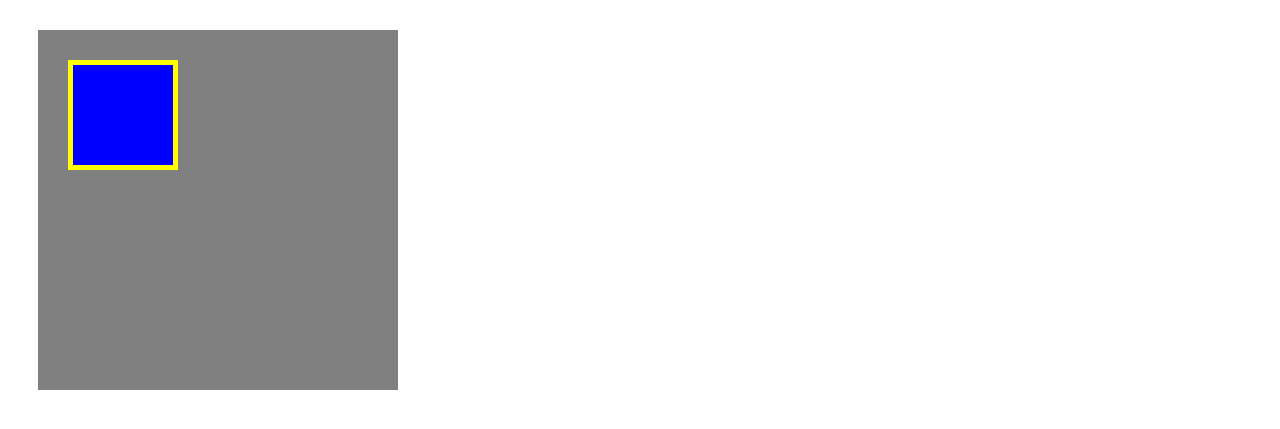
Repository: shizuki-okuma/dmm-webcamp
Page: box/box.html
The author's editor kept a record of every edit. The page is drawn from the files as they stood at one moment, then again after the next edit.
The browser window is 1280 px wide. The pictures show the whole page.

Above is the page before.

### box/box.html
<!DOCTYPE html>
<html lang="ja">
  <head>
    <meta charset="UTF-8" />
    <!-- CSSファイルの読み込み -->
    <link rel="stylesheet" href="box.css" />
    <title>BOX</title>
  </head>

  <body>
    <!-- box1用のdiv -->
    <div class="box1">

      <div class="box2"></div>
    </div>
  </body>
</html>

### box/box.css
.box1 {
  width: 300px;
  height: 300px;
  background-color: gray;
  margin: 30px;
  padding: 30px;
}

.box2 {
  width: 100px;
  height: 100px;
  background-color: blue;
border: 5px solid yellow;


}

After the next edit:
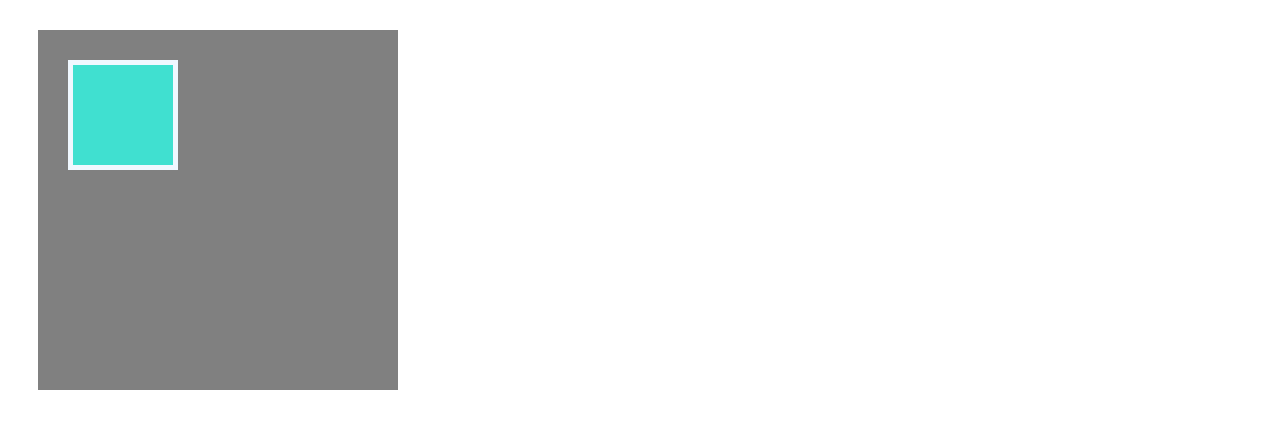
The edit:
--- a/box/box.css
+++ b/box/box.css
@@ -9,8 +9,8 @@
 .box2 {
   width: 100px;
   height: 100px;
-  background-color: blue;
-border: 5px solid yellow;
+  background-color: turquoise;
+border: 5px solid aliceblue;
 
 
 }
